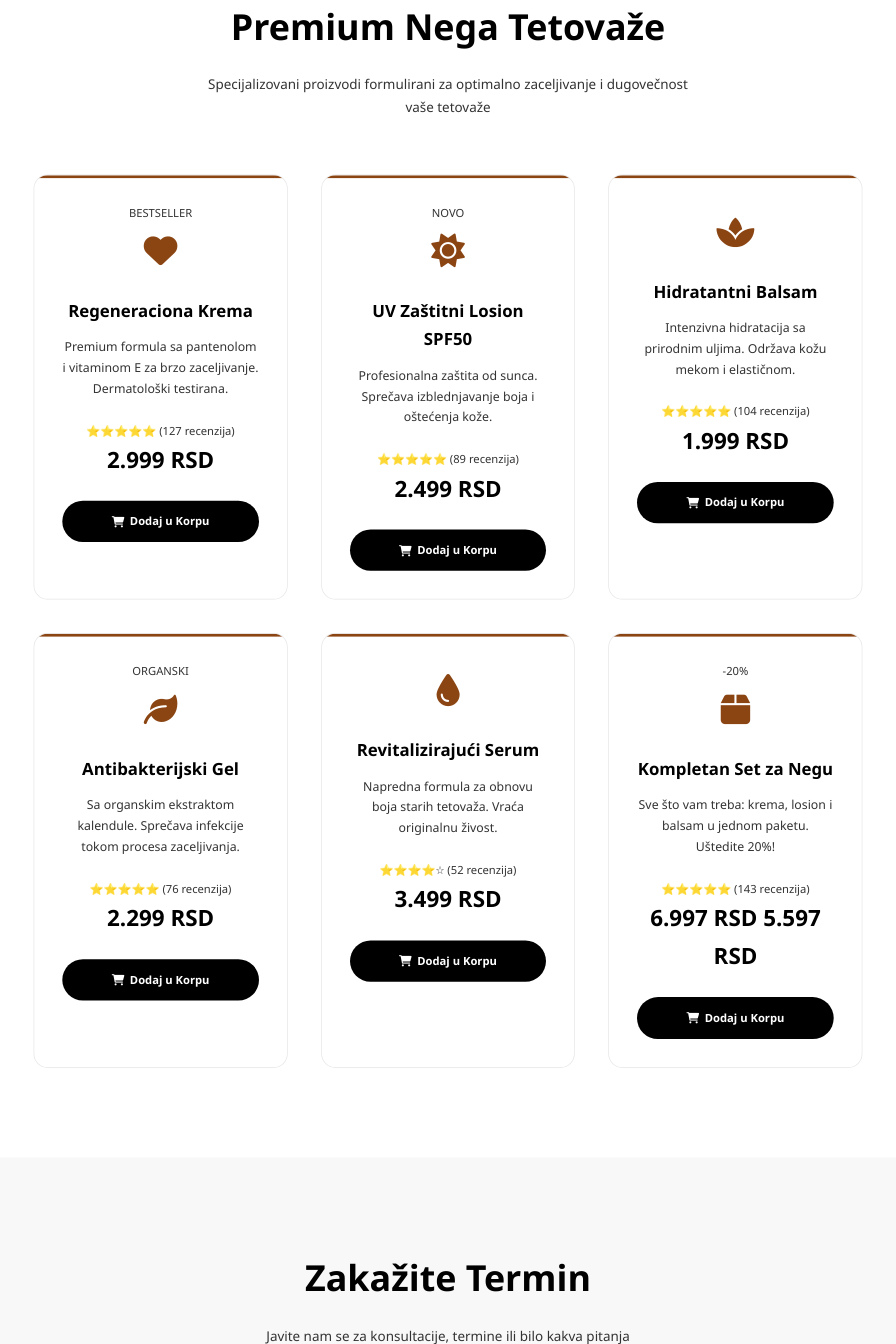
Repository: valemima/tattoo-website
Page: index.html
These files come from the project's save history. The page is drawn as it stood at one moment and after the next save; the edit follows.
The browser window is 1280 px wide. The pictures show the part of the page from y = 2679 to 4599 px (the page is 5968 px tall before and 5933 px after), at 70% of full size.
Backgrounds fixed to the window are drawn as part of the page.

Above is the page before, as saved 2025-11-29 20:39:04.

After the next save:
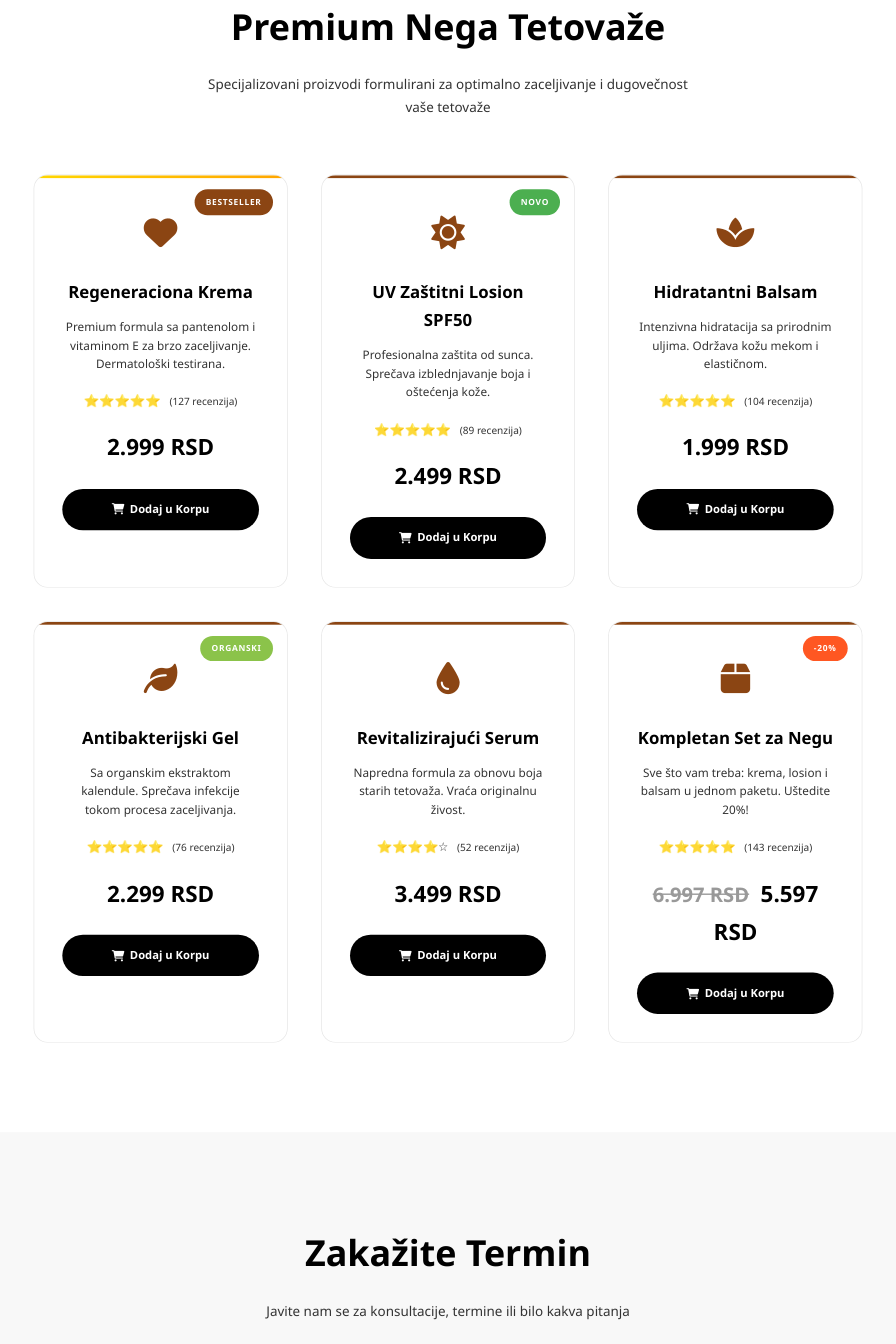
Saved 17 s later.
--- a/index.html
+++ b/index.html
@@ -250,6 +250,35 @@
             background: var(--accent);
         }
 
+        .product-card.bestseller:before {
+            background: linear-gradient(90deg, #FFD700, #FFA500);
+        }
+
+        .badge {
+            position: absolute;
+            top: 20px;
+            right: 20px;
+            background: var(--accent);
+            color: white;
+            padding: 0.5rem 1rem;
+            border-radius: 20px;
+            font-size: 0.75rem;
+            font-weight: 700;
+            letter-spacing: 1px;
+        }
+
+        .badge.new {
+            background: #4CAF50;
+        }
+
+        .badge.organic {
+            background: #8BC34A;
+        }
+
+        .badge.sale {
+            background: #FF5722;
+        }
+
         .product-icon {
             font-size: 3rem;
             color: var(--accent);
@@ -265,8 +294,27 @@
 
         .product-card p {
             color: var(--secondary);
-            margin-bottom: 2rem;
+            margin-bottom: 1.5rem;
+            font-size: 1.05rem;
+            line-height: 1.6;
+        }
+
+        .rating {
+            margin-bottom: 1.5rem;
             font-size: 1.1rem;
+        }
+
+        .rating span {
+            color: var(--secondary);
+            font-size: 0.9rem;
+            margin-left: 0.5rem;
+        }
+
+        .old-price {
+            text-decoration: line-through;
+            color: #999;
+            font-size: 0.9em;
+            margin-right: 0.5rem;
         }
 
         .price {
